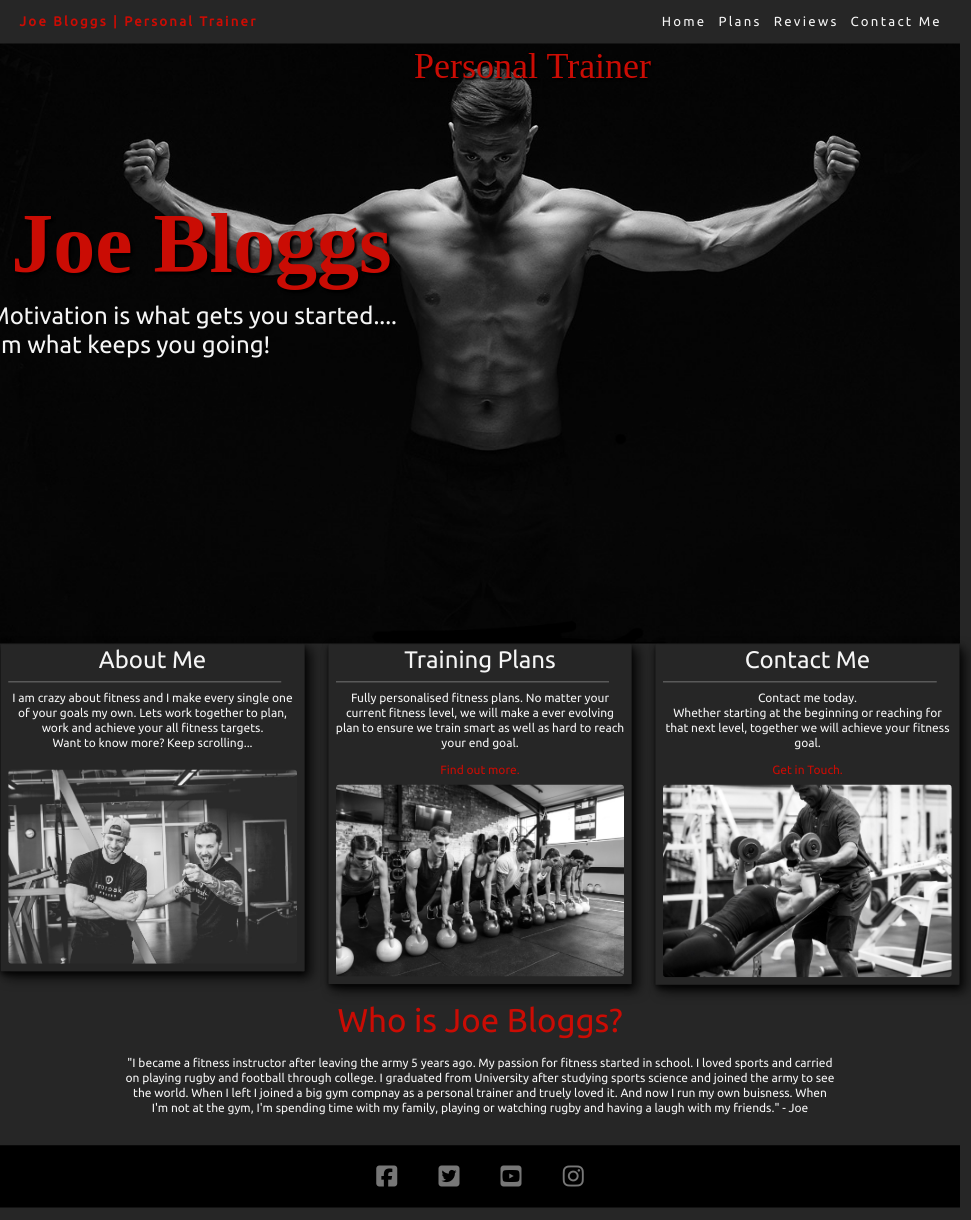
Repository: ClaireRoberts1403/Joe-Bloggs-Personal-Trainer
Page: index.html
The author's editor kept a record of every edit. The page is drawn from the files as they stood at one moment, then again after the next edit.
The browser window is 1280 px wide. The page is 1295 px wide, so the pictures cover 1295 px, including what lies to the right of the window. The pictures show the whole page, at 75% of full size.
Some web fonts or font styles are not loaded; a fallback is used. Some web libraries are served in a nearby version.

Above is the page before.
Console error: TypeError: Cannot read properties of undefined (reading 'fn')

### index.html
<!DOCTYPE html>
<html lang="en">

<head>
	<meta charset="UTF-8">
	<meta name="viewport" content="width=device-width, initial-scale=1.0">
	<meta http-equiv="X-UA-Compatible" content="ie=edge">
	<script src="https://kit.fontawesome.com/90ed803b97.js" crossorigin="anonymous"></script>
	<script src="https://stackpath.bootstrapcdn.com/bootstrap/4.3.1/js/bootstrap.min.js" integrity="sha384-JjSmVgyd0p3pXB1rRibZUAYoIIy6OrQ6VrjIEaFf/nJGzIxFDsf4x0xIM+B07jRM" crossorigin="anonymous"></script>
	<script src="https://maxcdn.bootstrapcdn.com/bootstrap/3.4.1/js/bootstrap.min.js"></script>
	<link rel="stylesheet" href="https://stackpath.bootstrapcdn.com/bootstrap/4.3.1/css/bootstrap.min.css" integrity="sha384-ggOyR0iXCbMQv3Xipma34MD+dH/1fQ784/j6cY/iJTQUOhcWr7x9JvoRxT2MZw1T" crossorigin="anonymous">
	<link rel="stylesheet" href="./assets/style.css">
	<title>Joe Bloggs | Personal Trainer</title>
</head>

<body>
	<nav class="navbar navbar-expand-lg navbar-dark bg-darkgrey">
		<a class="navbar-brand" id="menulogo">Joe Bloggs | Personal Trainer</a>
		<button class="navbar-toggler" type="button" data-toggle="collapse" data-target="#navbarSupportedContent" aria-controls="navbarSupportedContent" aria-expanded="false" aria-label="Toggle navigation">
    <span class="navbar-toggler-icon"></span>
  </button>

		<div class="collapse navbar-collapse" id="navbarSupportedContent">
			<ul class="navbar-nav ml-auto">
				<li class="nav-item active" id="menu">
					<a class="nav-link" href="./index.html">Home <span class="sr-only">(current)</span></a>
				</li>
				<li class="nav-item" id="menu">
					<a class="nav-link" href="./plans.html">Plans</a>
				</li>
				<li class="nav-item" id="menu">
					<a class="nav-link" href="./reviews.html">Reviews</a>
				</li>
				<li class="nav-item" id="menu">
					<a class="nav-link" href="./contact.html">Contact Me</a>
				</li>
			</ul>
		</div>
	</nav>


	<!-- Hero Image -->

	<div class="container-fluid hero-image">
		<div class="row">
			<h1 class="hero-name">
				Joe Bloggs </h1>
			<h1 class="hero-title">
				Personal Trainer</h1>
			<h2 id="hero-quote">
				Motivation is what gets you started....<br> I'm what keeps you going!
			</h2>

		</div>
	</div>


	<!-- overview links -->
	<div class="bg-card">
		<div class="card-deck">
			<div class="card h-100 text-center">
				<div class="about">
					<h2>About Me </h2>
					<hr>
					<p>I am crazy about fitness and I make every single one of your goals my own. Lets work together to plan, work and achieve your all fitness targets.
						<br>Want to know more? Keep scrolling...</p>
					<img src="./images/indeximage1.jpg" class="card-img-bottom" alt="Image not found">
				</div>
			</div>
			<div class="card h-100 text-center">
				<div class="about">
					<h2>Training Plans </h2>
					<hr>
					<p>Fully personalised fitness plans. No matter your current fitness level, we will make a ever evolving plan to ensure we train smart as well as hard to reach your end goal.</p>
					<a href="plans.html" class="linkabout">Find out more.</a>
					<img src="./images/indeximage2.jpg" class="card-img-bottom" alt="Image not found">
				</div>
			</div>
			<div class="card h-100 text-center">
				<div class="about">
					<h2>Contact Me </h2>
					<hr>
					<p>Contact me today. <br>Whether starting at the beginning or reaching for that next level, together we will achieve your fitness goal.</p>
					<a href="content.html" class="linkabout">Get in Touch.</a>
					<br>
					<img src="./images/indeximage3.jpg" class="card-img-bottom" alt="Image not found">
				</div>
			</div>
		</div>
	</div>



	<!-- Who Am I -->

	<div class="container-fluid">
		<div id="history">
			<h1>Who is Joe Bloggs?</h1>
			<p>"I became a fitness instructor after leaving the army 5 years ago. My passion for fitness started in school. I loved sports and carried on playing rugby and football through college. I graduated from University after studying sports science and joined
				the army to see the world. When I left I joined a big gym compnay as a personal trainer and truely loved it. And now I run my own buisness. When I'm not at the gym, I'm spending time with my family, playing or watching rugby and having a laugh with
				my friends." - Joe</p>
		</div>
	</div>


	<footer>
		<div class="container-fluid">
			<ul class="social-networks">
				<li><a href="http://www.facebook.com" target="_blank"><i class="fab fa-facebook-square"></i></a></li>
				<li><a href="http://www.twitter.com" target="_blank"><i class="fab fa-twitter-square"></i><a/></li>
				<li><a href="http://www.youtube.com" target="_blank"><i class="fab fa-youtube-square"></i><a/></li>
				<li><a href="http://www.instagram.com" target="_blank"><i class="fab fa-instagram"></i></a></li>
			</ul>
		</div>
	</footer>


	<script src="https://code.jquery.com/jquery-3.3.1.slim.min.js" integrity="sha384-q8i/X+965DzO0rT7abK41JStQIAqVgRVzpbzo5smXKp4YfRvH+8abtTE1Pi6jizo" crossorigin="anonymous"></script>
	<script src="https://cdnjs.cloudflare.com/ajax/libs/popper.js/1.14.7/umd/popper.min.js" integrity="sha384-UO2eT0CpHqdSJQ6hJty5KVphtPhzWj9WO1clHTMGa3JDZwrnQq4sF86dIHNDz0W1" crossorigin="anonymous"></script>
</body>

</html>

### assets/style.css
@import url('https://fonts.googleapis.com/css?family=Alatsi|Ubuntu&display=swap');

body {
    color: #f5f5f5;
    background-color: #262626;
    font-family: Ubuntu;

}

* {
    margin: 0;
    padding: 0;

}

.container-fluid {
    padding: 0;
    margin: 0;
}

/*---navbar---*/

#menulogo {
    font-size: 110%;
    color: #ca0c04;
    text-align: left;
    font-weight: bold;
    display: inline;
    letter-spacing: 3px;
    padding-left: 10px;
}

#menu {
    font-size: 110%;
    list-style-type: none;
    letter-spacing: 3px;
}

#menu li {
    list-style: none;
    line-height: 60px;
    padding-right: 10px;
    justify-content: flex-end;
}

#menu a {
    text-decoration: none;
    color: inherit;

}

#menu a:hover {
    border-bottom: 1px solid #ca0c04;
}


.navbar-toggler:focus, .navbar-toggler:hover {
    text-decoration: none;
}



.navbar-dark .navbar-toggler {
    color: rgba(255,255,255,.5);
    border-color: #595959;
}

.navbar-dark .navbar-toggler:focus {
      border-color: #ca0c04;
}
/*footer*/

.social-networks {
    text-align: center;
    background-color: black;
}

.social-networks li {
    display: inline;
}

.social-networks i {
    font-size: 200%;
    margin: 1%;
    padding: 1%;
    color: #777777;
}

.social-networks i:hover {
    color: #ca0c04;
}

/*--- Hero Image Index page---*/

.hero-image {
    background: url("../images/hero2.jpg");
    width: 100%;
    background-position: center;
    background-repeat: no-repeat;
    background-size: cover;

}


.hero-name {
    font-size: 700%;
    color: #ca0c04;
    text-shadow: 3px 3px 3px black;
    padding-top: 200px;
    font-weight: bolder;
    padding-left: 30px;
    font-family: Alatsi;
    display: inline-block;

}

.hero-title {
    font-size: 300%;
    color: #ca0c04;
    text-shadow: 2px 2px 2px black;
    padding-top: 1px;
    padding-left: 30px;
    font-family: Alatsi;
    display: inline-block;
}

.hero-quote {
    font-size: 250%;
    color: #f5f5f5;
    text-shadow: 1px 1px 2px black, 0 0 25px grey, 0 0 5px darkgrey;
    padding-top: 20px;
    padding-bottom: 20px;
    padding-left: 30px;
    font-family: Alatsi;
    display: inline-block;
}

/*-- index page - about links --*/

.card-img-bottom {
    padding: 10px;
    border-radius: 15px;
}

.about {
    line-height: 20px;
    box-shadow: 0 4px 8px 0 rgba(0, 0, 0, 0.9);
    background-color: #262626;

}

.about p {
    padding-left: 10px;
    padding-right: 10px;
}

.about:hover {
    box-shadow: 0 8px 16px 0 rgba(0, 0, 0, 0.9);
}

.linkabout {
    text-decoration: none;
    color: #ca0c04;
}

.linkabout:hover {
    border-bottom: 1px solid #ca0c04;
    text-decoration: none;
    color: #f5f5f5;
}

hr {
    border-top: 2px solid #595959;
    width: 90%;
    margin: 10px;
    text-align: center;
}

#history {
    line-height: 20px;
    clear: both;
    margin-bottom: 40px;
    text-align: center;
    padding-left: 13%;
    padding-right: 13%;

}

#history h1 {
    padding: 10px;
    font-size: 275%;
    color: #ca0c04;
    padding-top: 20px;
    padding-bottom: 10px;
    text-align: center;
    margin-bottom: 10px;
}


/* plans */

#phero-name {
    font-size: 700%;
    color: #ca0c04;
    text-shadow: 3px 3px 3px black;
    padding-top: 70px;
    text-align: right;
    font-weight: bolder;
    padding-right: 20px;
    font-family: Alatsi;
}


#phero-title {
    font-size: 250%;
    color: #ca0c04;
    text-shadow: 2px 2px 2px black;
    padding-top: 1px;
    text-align: right;
    padding-right: 20px;
    font-family: Alatsi;
}

#phero-quote {
    font-size: 200%;
    color: #f5f5f5;
    text-shadow: 1px 1px 2px black, 0 0 25px grey, 0 0 5px darkgrey;
    padding-top: 40px;
    padding-bottom: 20px;
    text-align: right;
    padding-right: 15px;
    font-family: Alatsi;
}

.plan-type {
    display: inline-block;
}

.plans-image {
    background: url("../images/reviews.jpg");
    height: 600px;
    width: 100%;
    background-position: center;
    background-repeat: no-repeat;
    background-size: cover;
    background-attachment: fixed;

}

.plans-image2 {
    background: url("../images/plans2.jpg");
    height: 600px;
    width: 100%;
    background-position: center;
    background-repeat: no-repeat;
    background-size: cover;
    background-attachment: fixed;

}

.plans-title {
    font-size: 400%;
    color: #ca0c04;
    opacity: 0.9;
    padding-top: 10px;
    text-align: center;
    padding-bottom: 5px;
    letter-spacing: 1px;
}

.plans-quote {
    font-size: 150%;
    color: #ca0c04;
    opacity: 0.9;
    padding-top: 5px;
    text-align: center;
    line-height: 40px;
    letter-spacing: 1px;
    margin-bottom: 20px;

}

.table {
    background-color: #262626!important;
    color: #f5f5f5;
    text-align: center;
}


.card {
    background-color: #262626!important;
    text-align: center;
    box-shadow: 8px 8px 16px 0 rgba(0, 0, 0, 0.7);
}

.card-body {
    background-color: #262626!important;
    border-color: #262626!important;
}

.card-title {
    text-decoration: underline;
}

.card:hover {
    box-shadow: 8px 8px 10px 1px rgba(0, 0, 0, 1);
}

#plansdescription h1 {
    color: #ca0c04;
    text-align: center;
    padding-top: 10px;
    padding-bottom: 10px;
}

#plansdescription i {
    color: #f5f5f5;
}

#plansdescription i:hover {
    color: #ca0c04;
}


#footnote {
    color: #f5f5f5;
    re-size: 90%;
    text-align: center;
    padding-top: 20px;
    padding-left: 10px;
    padding-right: 10px;
}

.download {
    text-align: center;
    font-size: large;
    margin-top: 50px;
}

.download-pdf i {
    font-size: 18px;
    color: #fafafa;
    text-align: center;
    padding-left: 5px;
}

.download-pdf i:hover {
    color: #a62d2d;
}

.downloadsmall {
    padding-left: 10px;
    text-align: center;
    padding-right: 10px;

}


/*reviews*/

.reviewtitlebg {
    background-color: black;
    padding-bottom: 20px;
}


#review-title {
    font-size: 400%;
    color: #ca0c04;
    text-shadow: 1px 1px 2px black;
    padding-top: 1px;
    font-weight: bold;
    font-family: Alatsi;
    text-align: center;
    margin-bottom: 10px;

}

#review-quote {
    font-size: 200%;
    text-shadow: 1px 1px 2px black;
    text-align: center;
    margin-bottom: 30px;
    letter-spacing: 1px;
    word-spacing: 3px;

}

#reviewgallery {
    width: 100%;
    text-align: center;
    padding: 10px;
    margin: 10px;
    line-height: 20px;
    letter-spacing: 0.8px;
}

#reviewgallery h3 {
    letter-spacing: 1px;
    line-height: 30px;
    padding: 10px;
}

#reviewgallery img {
    width: 100%;
    height: auto;
    border-radius: 5px;
    border-color: #595959;
}

.desc {
    font-size: 100%;
    line-height: 25px;
    padding-left: 10px;
    padding-right: 10px;
    padding-top: 20px;
    padding-bottom: 20px;
}

/*contact*/

#contact {
    background: url("../images/contact.jpg");
    width: 100%;
    background-position: center;
    background-repeat: no-repeat;
    background-size: cover;
    padding-top: 50px;
    margin-top: 6px;
    padding-bottom: 20px;
    text-align: center;

}

#contact-title {
    font-size: 400%;
    color: #ca0c04;
    text-shadow: 1px 1px 2px black;
    padding-top: 1px;
    font-weight: bold;
    font-family: Alatsi;
    text-align: center;
    margin-bottom: 30px;

}


.contactform {
    width: 100%;
    padding: 30px 10%;
    font-size: larger;
    color: #f5f5f5;
    font-weight: bold;
    background-color: rgba(0, 0, 0, 0.5);
}

.form-control:focus {
    box-shadow: 8px 8px 16px 0 rgba(0, 0, 0, 0.7);
    border-color: #595959;
}

.btn {
    background-color: #ca0c04;
    font-weight: bold;
    font-family: inherit;
    color: #f5f5f5;

}

.btn:focus {
    box-shadow: 8px 8px 16px 0 rgba(0, 0, 0, 0.7);


}


@media (max-width: 435px) {

    #menulogo {
        display: none;
    }

    .hero-name {
        font-size: 500%;
        padding-top: 200px;
        line-height: 90px;
    }

    .hero-title {
        font-size: 220%;
        line-height: 50px;
    }

    .hero-quote {
        font-size: 170%;
        padding-bottom: 50px;
    }

    .card-deck {
        column-count: 1;
        width: 100%;
    }

    .container-fluid {
        column-count: 1;
    }
}

@media only screen and (min-width: 560px) and (max-width: 1220px) {
    .hero-name {
        font-size: 600%;
        padding-top: 260px;
        line-height: 90px;
    }
}

@media only screen and (min-width: 1220px) {
    .contactform {
        width: 50%;
        margin-left: 25%;
    }
}

@media only screen and (min-width: 768px) {
    .contactform {
        width: 70%;
        margin-left: 15%;
    }
}


@media (max-width: 560px) {

    #phero-name {
        font-size: 500%;
        padding-top: 60px;
        line-height: 90px;
    }

    #phero-title {
        font-size: 200%;
        line-height: 45px;
    }

    #phero-quote {
        line-height: 40px;
        font-size: 180%;
        padding-left: 8px;
        padding-right: 8px;
        text-align: center !important;

    }

    #planstable {
        display: none;
    }

    .plans-title {
        font-size: 200%;
    }

    .plans-quote {
        font-size: 100%;
        padding-left: 20px;
        padding-right: 20px;
    }

    br {
        display: none;
    }
}


@media only screen and (min-width: 560px) and (max-width: 1220px) {
    #phero-name {
        font-size: 600%;
        padding-top: 60px;
        line-height: 90px;
    }
}

@media (min-width: 560px) {

    .downloadsmall {
        display: none;

    }
}



@media (min-width: 1030px) {

    .hero-image {
        height: 800px;
    }
}

@media (min-width: 1700px) {

    .hero-image {
        height: 1200px;
    }
}

@media (min-width: 2055px) {

    .hero-image {
        height: 1400px;
    }
}

After the next edit:
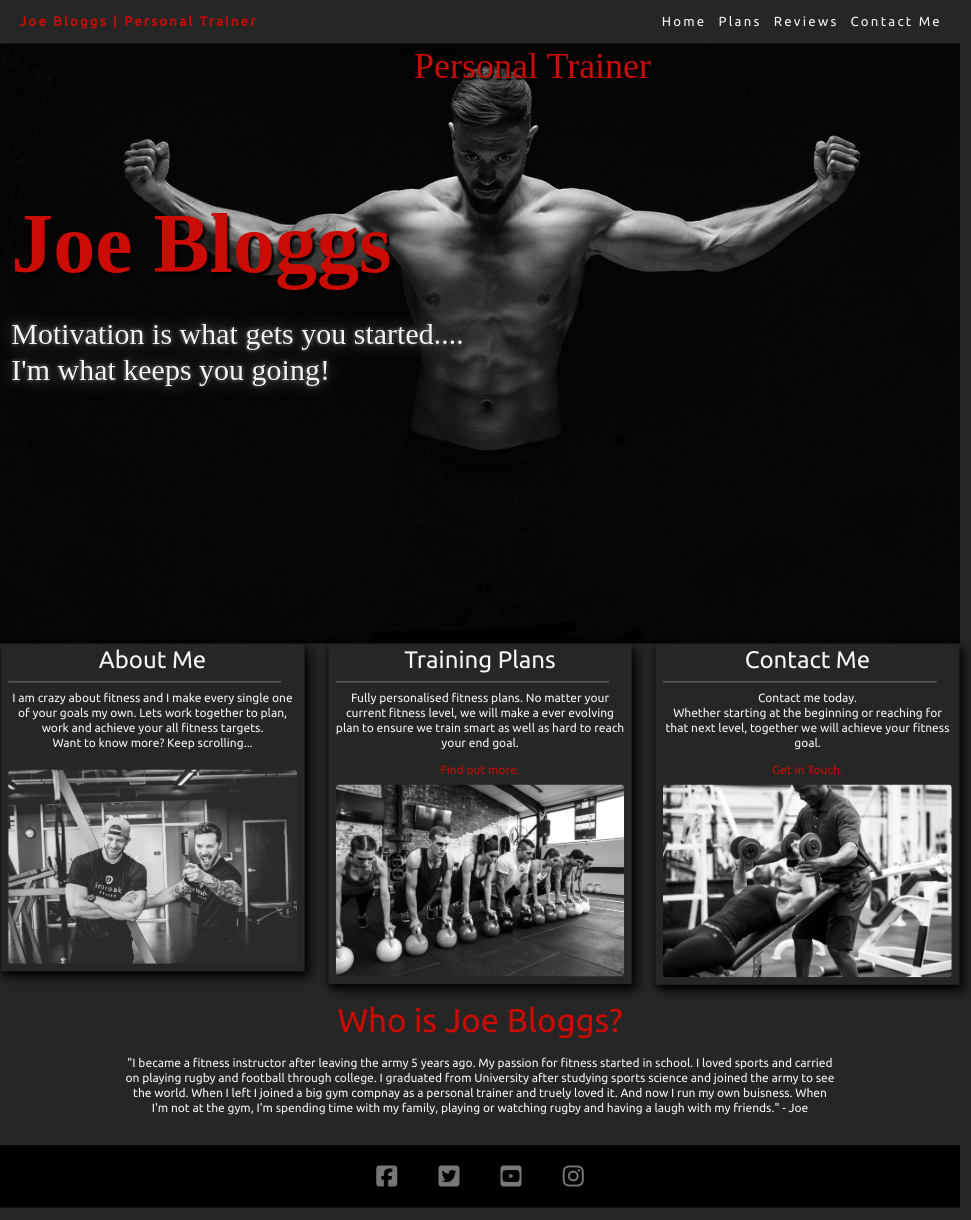
The edit:
--- a/index.html
+++ b/index.html
@@ -47,7 +47,7 @@
 				Joe Bloggs </h1>
 			<h1 class="hero-title">
 				Personal Trainer</h1>
-			<h2 id="hero-quote">
+			<h2 class="hero-quote">
 				Motivation is what gets you started....<br> I'm what keeps you going!
 			</h2>
 
